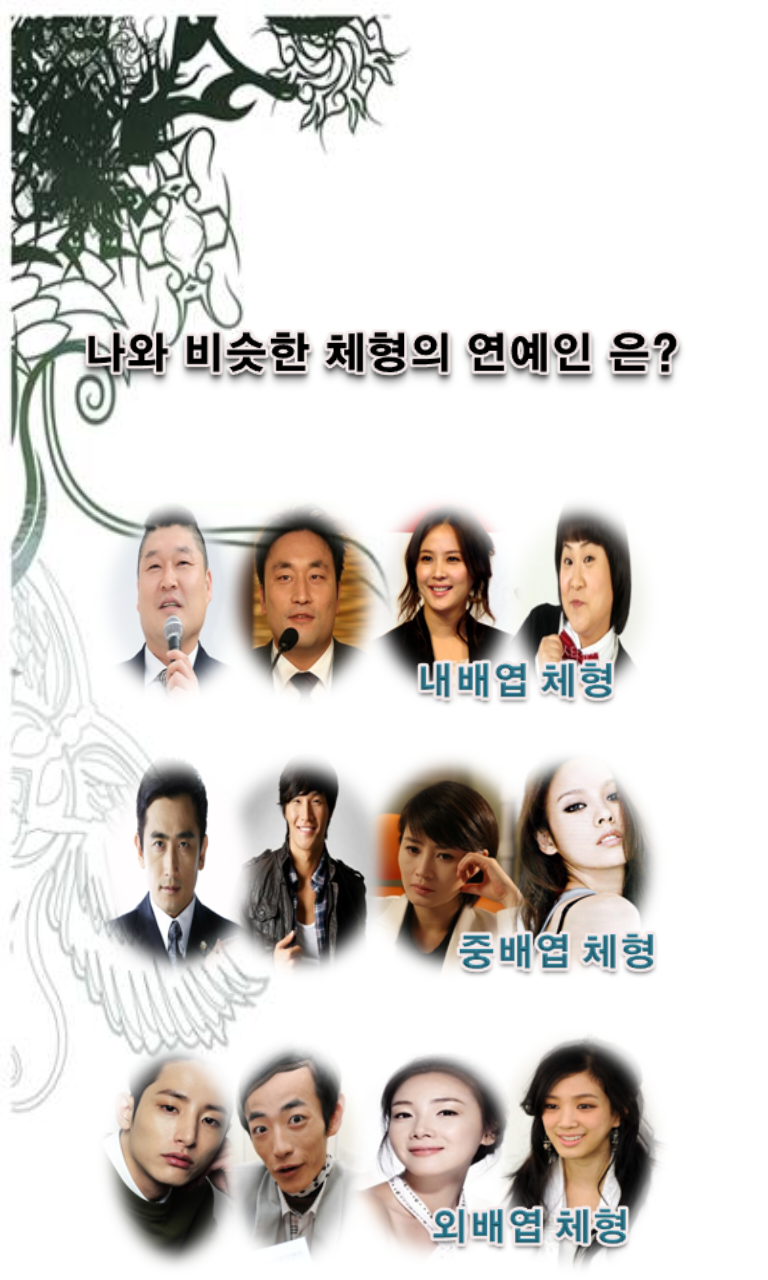
Repository: LewisLim579/2013TeamProject
Layout: PtsApp/res/layout/starc.xml
These files come from the project's save history. The layout is drawn as it stood at one moment and after the next save; the edit follows.
It is drawn on a 768 x 1280 px phone screen (xhdpi) without system bars, with theme android:Theme.NoTitleBar.Fullscreen; the app's code is not run.

Above is the layout before, as saved 2013-05-22 18:01:26.

### PtsApp/res/layout/starc.xml
<?xml version="1.0" encoding="utf-8"?>
<RelativeLayout xmlns:android="http://schemas.android.com/apk/res/android"
    android:layout_width="match_parent"
    android:layout_height="match_parent"
    android:background="@drawable/back" >

    <ImageButton
        android:id="@+id/oib"
        android:layout_width="match_parent"
        android:layout_height="wrap_content"
        android:layout_alignParentBottom="true"
        android:layout_alignParentLeft="true"
        android:background="#00000000"
        android:src="@drawable/oi" />

    <ImageButton
        android:id="@+id/jungb"
        android:layout_width="match_parent"
        android:layout_height="wrap_content"
        android:layout_above="@+id/oib"
        android:layout_alignParentLeft="true"
        android:layout_marginBottom="16dp"
        android:background="#00000000"
        android:src="@drawable/jung" />

    <ImageButton
        android:id="@+id/nab"
        android:layout_width="match_parent"
        android:layout_height="wrap_content"
        android:layout_above="@+id/jungb"
        android:layout_alignParentLeft="true"
        android:layout_marginBottom="14dp"
        android:background="#00000000"
        android:src="@drawable/na" />

    <ImageView
        android:id="@+id/imageView1"
        android:layout_width="wrap_content"
        android:layout_height="wrap_content"
        android:layout_above="@+id/nab"
        android:layout_centerHorizontal="true"
        android:layout_marginBottom="40dp"
        android:src="@drawable/sttt" />

</RelativeLayout>

After the next save:
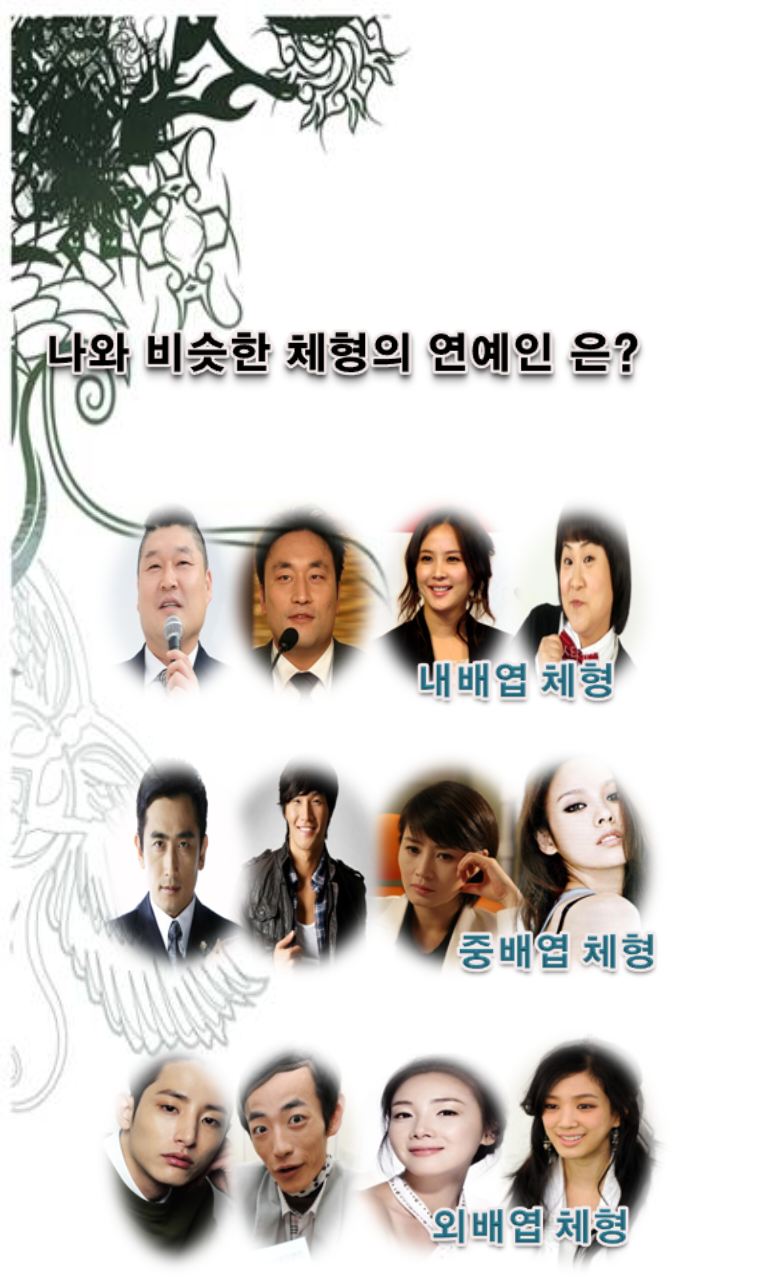
Saved 9 s later.
--- a/PtsApp/res/layout/starc.xml
+++ b/PtsApp/res/layout/starc.xml
@@ -38,7 +38,6 @@
         android:layout_width="wrap_content"
         android:layout_height="wrap_content"
         android:layout_above="@+id/nab"
-        android:layout_centerHorizontal="true"
         android:layout_marginBottom="40dp"
         android:src="@drawable/sttt" />
 
